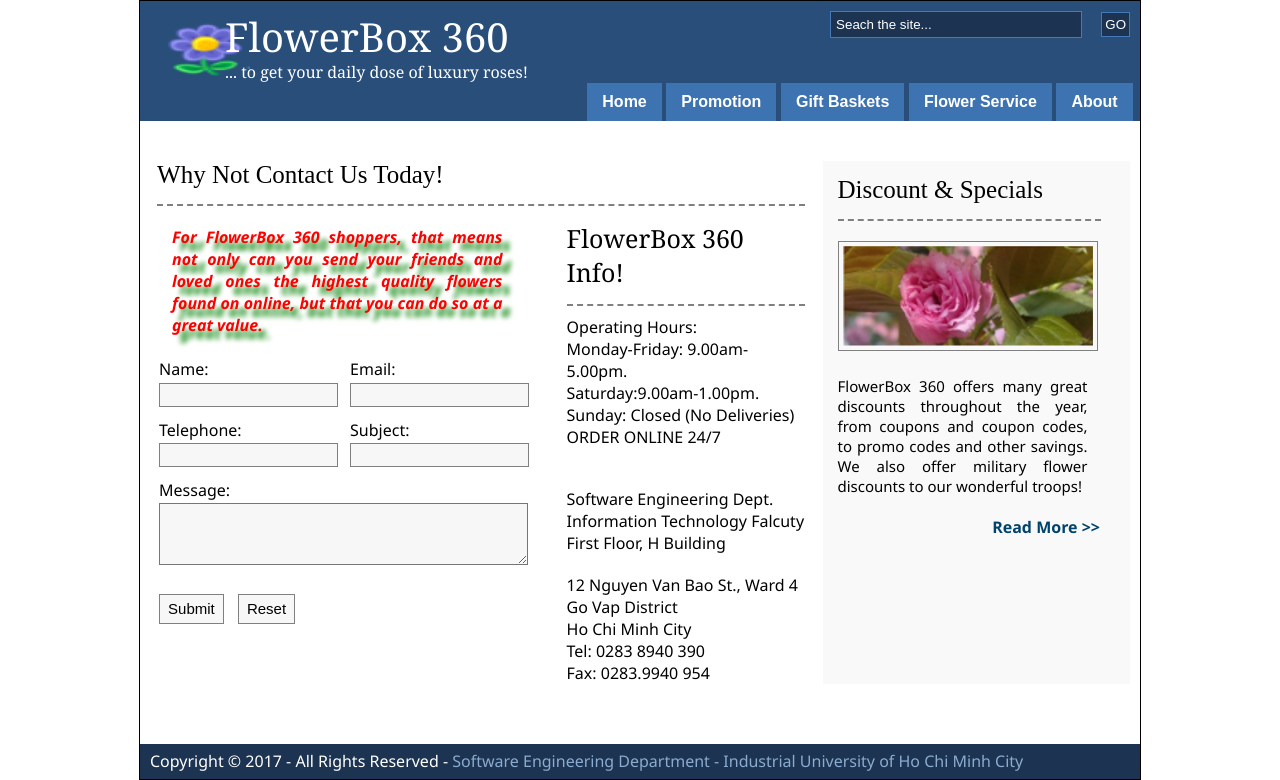
Repository: thu1365/BTKT_WEB
Page: HTML/btkt.html
These files come from the project's save history. The page is drawn as it stood at one moment and after the next save; the edit follows.
The browser window is 1280 px wide. The pictures show the whole page.

Above is the page before, as saved 2023-03-11 21:33:46.

### HTML/btkt.html
<!DOCTYPE html>
<html lang="en">

<head>
    <meta charset="UTF-8">
    <meta http-equiv="X-UA-Compatible" content="IE=edge">
    <meta name="viewport" content="width=device-width, initial-scale=1.0">
    <title>21025781-Lê Minh Thư</title>
    <style>
        * {
            padding: 0;
            margin: 0 auto;
        }

        .wrapper {
            width: 1000px;
            background-color: #fff;
            border: 1px solid black;
        }

        header {
            position: relative;
            width: 1000px;
            height: 120px;
            background-color: #294e79;
            font-family: Georgia, 'Times New Roman', Times, serif;
        }

        .logo {
            position: relative;
            left: 10px;
            top: 10px;
            width: 100px;
            height: 80px;
        }

        .name1 {
            font-size: 40px;
            color: #fff;
            position: absolute;
            left: 85px;
            top: 8px;
        }

        .name2 {
            color: #fff;
            position: absolute;
            left: 85px;
            top: 60px;
        }

        #search1 {
            background-color: #1c3451;
            border: 1px solid #4579b7;
            color: #fff;
            margin-right: 15px;
            width: 250px;
            height: 25px;
        }

        #search1::placeholder {
            padding-left: 5px;
            color: #fff;
        }

        #search2 {
            background-color: #1c3451;
            border: 1px solid #4579b7;
            color: #fff;
            height: 25px;
            padding: 0 3px;
        }

        .search_form {
            position: absolute;
            top: 10px;
            right: 10px;
        }

        .nav {
            display: flex;
            width: 550px;
            position: absolute;
            bottom: 0px;
            right: 5px;
            font-family: Arial, Helvetica, sans-serif;
        }

        .nav_item {
            position: relative;
            padding: 10px 15px;
            background-color: #3d73b1;
        }

        .nav_item:hover {
            background-color: #8babd0;
        }

        .nav_item a {
            color: white;
            font-weight: bold;
            text-decoration: none;
        }

        .nav1 {
            display: none;
            position: absolute;
            top: 39px;
            left: 0px;
            width: 180px;
            height: 60px;
            background-color: #8babd0;
        }

        .nav2 {
            box-sizing: border-box;
            padding-left: 15px;
            line-height: 30px;
            height: 50%;
            border: 1px solid rgb(158, 196, 240);
            color: white;
        }

        .nav_item:hover .nav1 {
            display: block;
            background-color: #9bbbe0;
        }

        .nav2:hover {
            background-color: #edf6ff;
            cursor: pointer;
        }

        .container {
            font-family: 'Segoe UI', Tahoma, Geneva, Verdana, sans-serif;
            padding-bottom: 60px;
            width: 100%;
            display: flex;
        }

        .Left {
            display: flex;
            width: 70%;
            justify-content: space-between;
            flex-wrap: wrap;
        }

        .p1 {
            width: 55%;
        }

        .p2 {
            width: 35%;
        }

        .p3 {
            background-color: #f9f9f9;
            width: 30%;
            padding-left: 15px;
            margin-top: 40px;
            margin-right: 10px;
        }

        .Left1 {
            font-family: 'Times New Roman', Times, serif;
            width: 95%;
            padding: 40px 0px 15px 0px;
            font-size: 25px;
            border-bottom: 2px dashed gray;
        }

        .p1_1 {
            padding: 20px 30px 20px 15px;
            text-align: justify;
            color: red;
            font-style: italic;
            font-family: 'Segoe UI', Tahoma, Geneva, Verdana, sans-serif;
            text-shadow: 8px 8px 5px green;
        }

        table input {
            height: 22px;
            margin-right: 10px;
            margin-bottom: 10px;
            background-color: #f7f7f7;
            border: 1px solid gray;
        }

        table textarea {
            background-color: #f7f7f7;
        }

        .p1_sub {
            box-sizing: border-box;
            margin-top: 20px;
            height: 30px;
            font-size: 15px;
            padding: 0 8px;
            line-height: 28px;
            border: 1px solid gray;
        }

        .p2_1 {
            font-family: Georgia, 'Times New Roman', Times, serif;
            padding: 15px 0px 15px;
            width: 100%;
            font-size: 25px;
            border-bottom: 2px dashed gray;
        }

        .p2_2 {
            font-family: 'Segoe UI', Tahoma, Geneva, Verdana, sans-serif;
            padding: 10px 0 40px 0;
        }

        .p2_3 {
            font-family: 'Segoe UI', Tahoma, Geneva, Verdana, sans-serif;
        }

        .p2_4 {
            font-family: 'Segoe UI', Tahoma, Geneva, Verdana, sans-serif;
            padding-top: 20px;
        }

        .p3_1 {
            font-family: 'Times New Roman', Times, serif;
            padding: 15px 0px 15px;
            width: 90%;
            margin-right: 30px;
            font-size: 25px;
            border-bottom: 2px dashed gray;
        }

        .p3_anh {
            width: 250px;
            height: 100px;
            padding: 4px;
            margin: 20px 0;
            border: 1px solid gray;
        }

        .p3_2 {
            width: 250px;
            margin-right: 30px;
            float: left;
            text-align: justify;
            font-family: 'Segoe UI', Tahoma, Geneva, Verdana, sans-serif;
            font-size: 15px;
            display: block;
        }

        .p3_3 {
            color: #00436d;
            font-weight: bold;
            margin-right: 30px;
            float: right;
            padding-top: 20px;
            text-decoration: none;
        }

        footer {
            background-color: #1c3451;
            height: 35px;
        }

        #footer_1 {
            font-family: 'Segoe UI', Tahoma, Geneva, Verdana, sans-serif;
            padding-left: 10px;
            color: #8babd0;
            line-height: 35px;
        }

        #footer_1 .white {
            color: #fff;
        }
    </style>
</head>

<body>
    <div class="wrapper">
        <header>
            <img src="/IMAGE/AnhLogo.PNG" alt="" class="logo">
            <p class="name1">FlowerBox 360</p>
            <p class="name2">... to get your daily dose of luxury roses!</p>
            <form action="" class="search_form">
                <input type="text" name="" id="search1" placeholder="Seach the site...">
                <input id="search2" type="button" value="GO">
            </form>
            <div class="nav">
                <div class="nav_item"><a href="">Home</a></div>
                <div class="nav_item"><a href="">Promotion</a></div>
                <div class="nav_item"><a href="">Gift Baskets</a></div>
                <div class="nav_item"><a href="">Flower Service</a>
                    <div class="nav1">
                        <div class="nav2"><b>Flower for Wedding</b></div>
                        <div class="nav2"><b>Flower for Conference</b></div>

                    </div>
                </div>
                <div class="nav_item"><a href="">About</a></div>
            </div>
        </header>
        <div class="container">
            <div class="Left">
                <p class="Left1">Why Not Contact Us Today!</p>
                <div class="p1">
                    <p class="p1_1"><b>For FlowerBox 360 shoppers, that means not only can you send your friends and loved ones the highest quality flowers found on online, but that you can do so at a great value.</b></p>
                    <form action="" class="c1_form">
                        <table>
                            <tr>
                                <td><label for="name_ip">Name:</label></td>
                                <td><label for="mail_ip">Email:</label></td>
                            </tr>
                            <tr>
                                <td><input type="text" name="" id="name_ip"></td>
                                <td><input type="email" name="" id="mail_ip"></td>
                            </tr>
                            <tr>
                                <td><label for="tel_ip">Telephone:</label></td>
                                <td><label for="sub_ip">Subject:</label></td>
                            </tr>
                            <tr>
                                <td><input type="tel" name="" id="tel_ip"></td>
                                <td><input type="text" name="" id="sub_ip"></td>
                            </tr>
                            <tr>
                                <td colspan="2"><label for="mess_ip">Message:</label></td>
                            </tr>
                            <tr>
                                <td colspan="2"> <textarea name="" id="mess_ip" cols="44" rows="4"></textarea></td>
                            </tr>
                            <tr>
                                <tr>
                                    <td><input class="p1_sub" type="button" value="Submit"> <input class="p1_sub" type="button" value="Reset"></td>
                                </tr>
                            </tr>
                        </table>

                    </form>
                </div>
                <div class="p2">
                    <p class="p2_1">FlowerBox 360 Info!</p>
                    <p class="p2_2">Operating Hours: <br> Monday-Friday: 9.00am-5.00pm.<br> Saturday:9.00am-1.00pm.
                        <br> Sunday: Closed (No Deliveries)<br> ORDER ONLINE 24/7
                    </p>
                    <p class="p2_3">
                        Software Engineering Dept. <br> Information Technology Falcuty<br> First Floor, H Building
                    </p>
                    <p class="p2_4">
                        12 Nguyen Van Bao St., Ward 4<br> Go Vap District<br> Ho Chi Minh City<br> Tel: 0283 8940 390<br> Fax: 0283.9940 954
                    </p>


                </div>
            </div>
            <div class="p3">
                <p class="p3_1">Discount & Specials</p>
                <img src="/IMAGE/Hoa.jpg" alt="" class="p3_anh">
                <p class="p3_2">FlowerBox 360 offers many great discounts throughout the year, from coupons and coupon codes, to promo codes and other savings. We also offer military flower discounts to our wonderful troops!</p>
                <a class="p3_3" href="">Read More >></a>
            </div>
        </div>
        <footer>
            <p id="footer_1"><span class="white">Copyright © 2017 - All Rights Reserved -</span> Software Engineering Department - Industrial University of Ho Chi Minh City</p>
        </footer>
    </div>
</body>

</html>

After the next save:
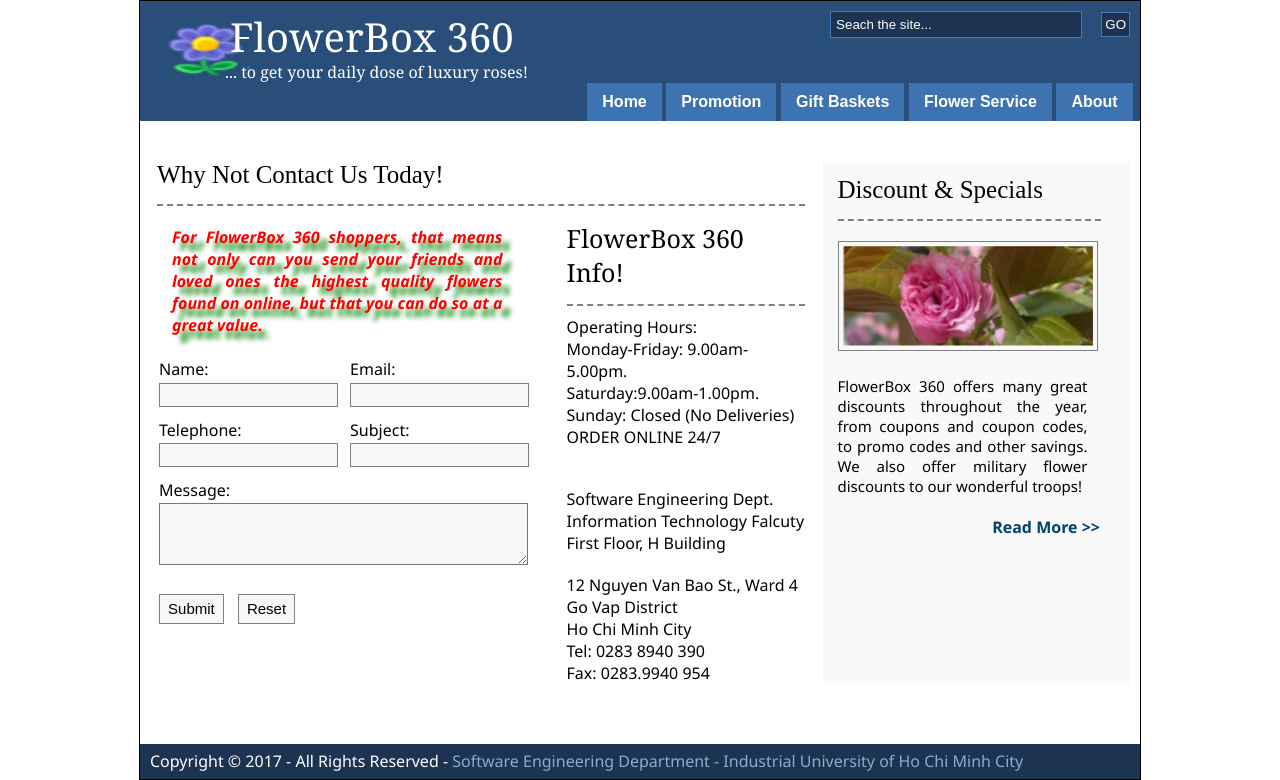
Saved 15 s later.
--- a/HTML/btkt.html
+++ b/HTML/btkt.html
@@ -38,7 +38,7 @@
             font-size: 40px;
             color: #fff;
             position: absolute;
-            left: 85px;
+            left: 90px;
             top: 8px;
         }
 
